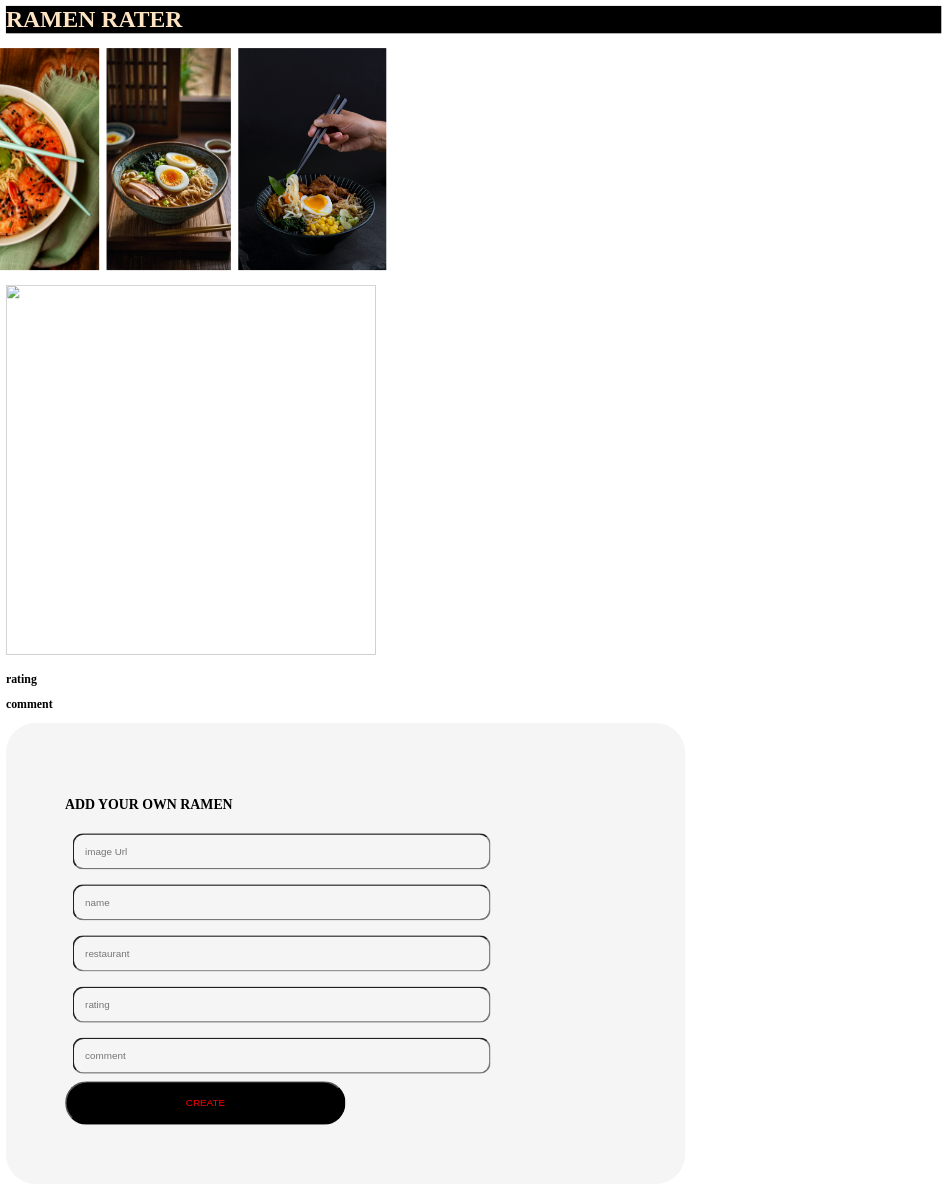
Repository: travinne/travthegr88
Page: mkadi/test/assignments/code-challanges/ramen-rating-app/index.html
The author's editor kept a copy of each file at every save. The page is drawn from the files as they stood at one save, then again after the next save.
The browser window is 1280 px wide. The pictures show the whole page, at 74% of full size.

Above is the page before, as saved 2025-03-20 15:59:10.

After the next save:
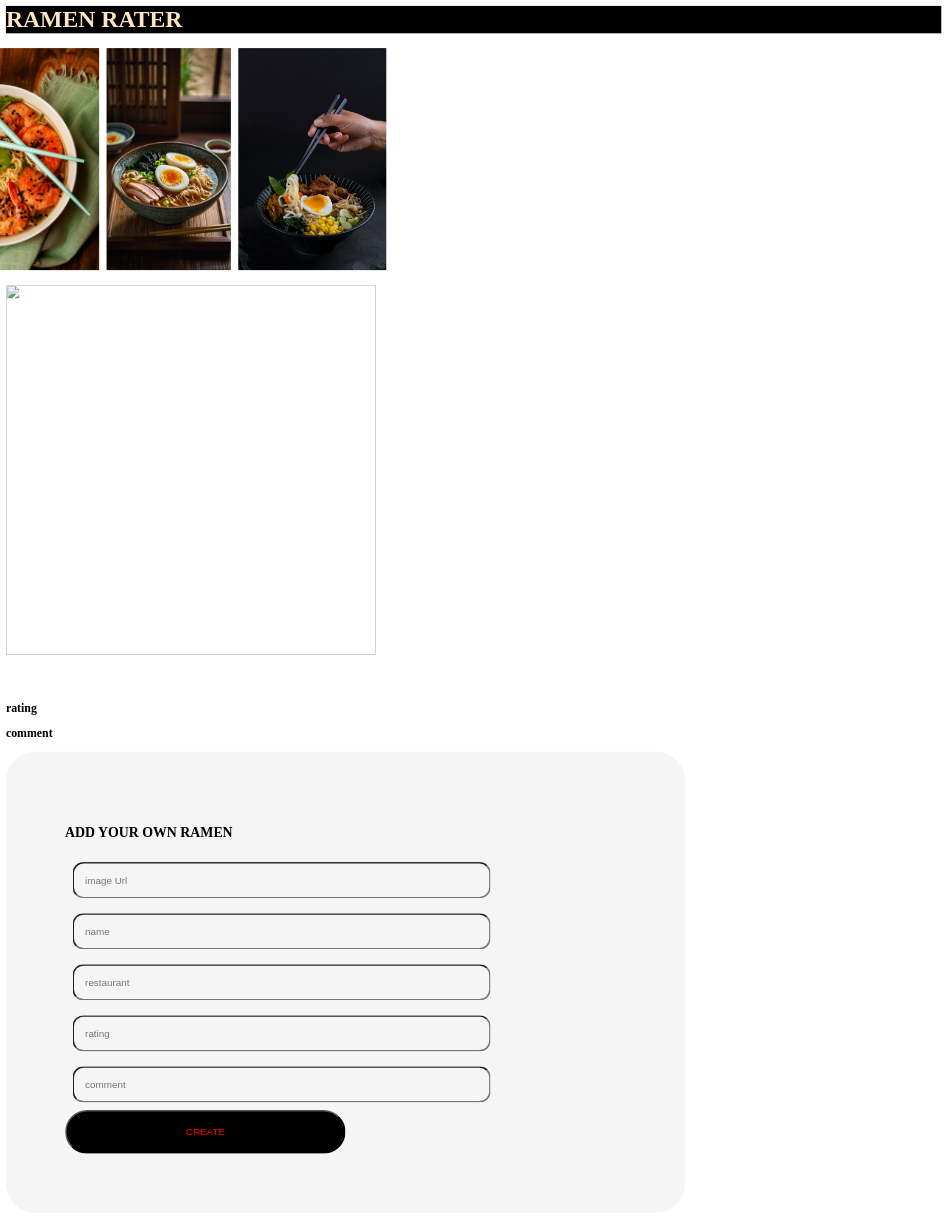
Saved 33 s later.
--- a/mkadi/test/assignments/code-challanges/ramen-rating-app/css/style.css
+++ b/mkadi/test/assignments/code-challanges/ramen-rating-app/css/style.css
@@ -1,6 +1,7 @@
 *{
 
     justify-content: center;
+    align-content: center;
 
 }
 
